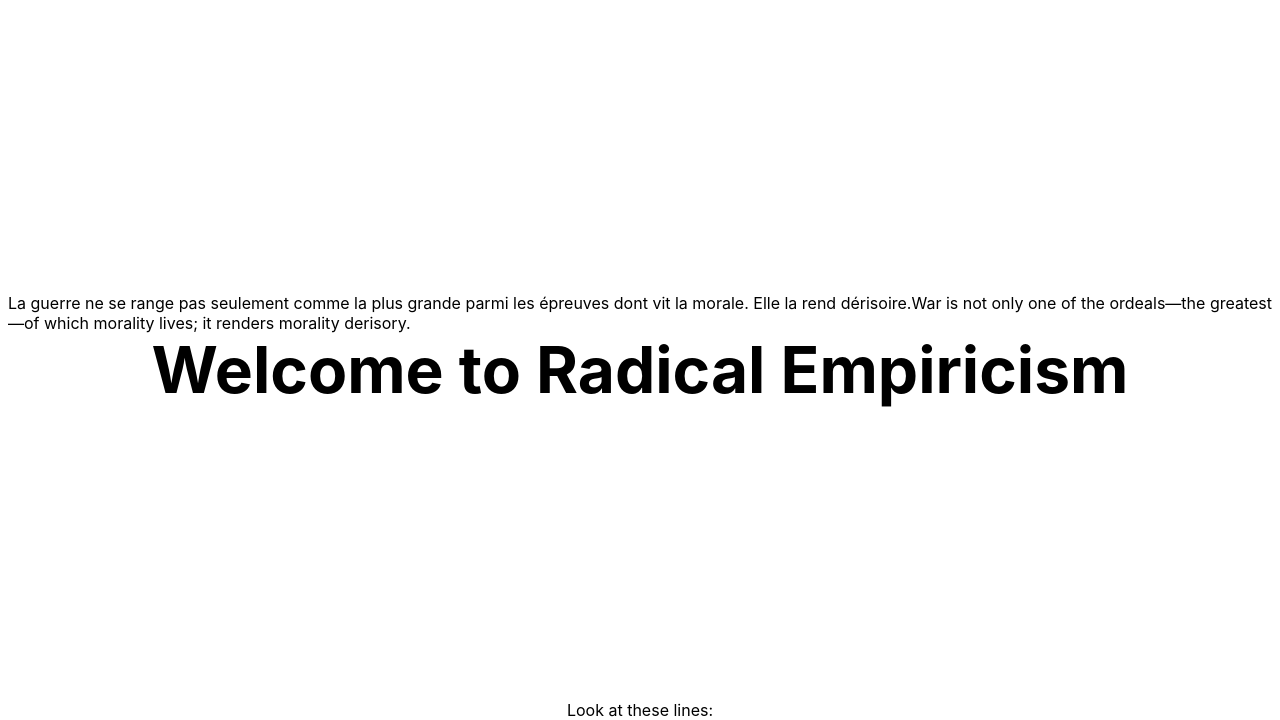
Repository: mcverter/EthicalPataphysicsOfAnarchism
Page: / (app in RadicalEmpiricism/src/nextjs/)
These files come from the project's save history. The page is drawn as it stood at one moment and after the next save; the edit follows.
The browser window is 1280 px wide. The pictures show the whole page.
The project was rebuilt for these pictures with package versions that can differ from the ones it lists, and the page was loaded fresh each time. The framework's server and built-in components were replaced by stand-ins that run in the browser.

Above is the page before, as saved 2022-01-08 17:43:58.

### RadicalEmpiricism/src/nextjs/pages/index.js
import React, { useEffect, useState } from "react";
import Head from "next/head";
import styles from "../styles/Home.module.css";
import axios from "axios";
import { tiFrench } from "../data/sentences/TIFrenchSentences";
import { tiEnglish } from "../data/sentences/TIEnglishSentences";

let ROOT_URL = "http://localhost:8080/src/data/sentences/";
let TIFrenchSentences, TIEnglishSentences;

export default function Home() {
  //useEffect(() => fetchSentences());
  const [frenchTISentences, setFrenchTISentences] = useState(
    tiFrench.split("\n")
  );
  const [englishTISentences, setEnglishTISentences] = useState(
    tiEnglish.split("\n")
  );
  console.log(tiFrench, frenchTISentences);
  console.log(tiEnglish, englishTISentences);

  const fetchSentences = () => {
    axios({
      headers: { "Access-Control-Allow-Origin": "*" },
      method: "get",
      url: `${ROOT_URL}TIFrenchSentences.txt`,
    })
      .then(function (response) {
        TIFrenchSentences = response.data.split("\n");
        setFrenchTISentences(TIFrenchSentences);
        debugger;
      })
      .catch((err) => console.error("err", err));
    axios({
      headers: { "Access-Control-Allow-Origin": "*" },
      method: "get",
      url: `${ROOT_URL}TIEnglishSentences.txt`,
    })
      .then(function (response) {
        TIEnglishSentences = response.data.split("\n");
        setEnglishTISentences(TIEnglishSentences);
        debugger;
      })
      .catch((err) => console.error("err", err));
  };

  return (
    <div className={styles.container}>
      <Head>
        <title>Hello Levinas Scholars</title>
      </Head>

      <main className={styles.main}>
        {frenchTISentences &&
          frenchTISentences.length > 0 &&
          englishTISentences &&
          englishTISentences.length > 0 && (
            <div>
              {frenchTISentences[5]}
              {englishTISentences[5]}
            </div>
          )}
        <h1 className={styles.title}>Welcome to Radical Empiricism</h1>
      </main>
      <div>Look at these lines:</div>
    </div>
  );
}

Loaded but not shown: RadicalEmpiricism/src/nextjs/pages/_app.js (common file); RadicalEmpiricism/src/nextjs/styles/globals.css (common file); RadicalEmpiricism/src/nextjs/styles/Home.module.css (common file); RadicalEmpiricism/src/nextjs/data/sentences/TIFrenchSentences.js (library); RadicalEmpiricism/src/nextjs/data/sentences/TIEnglishSentences.js (library)

After the next save:
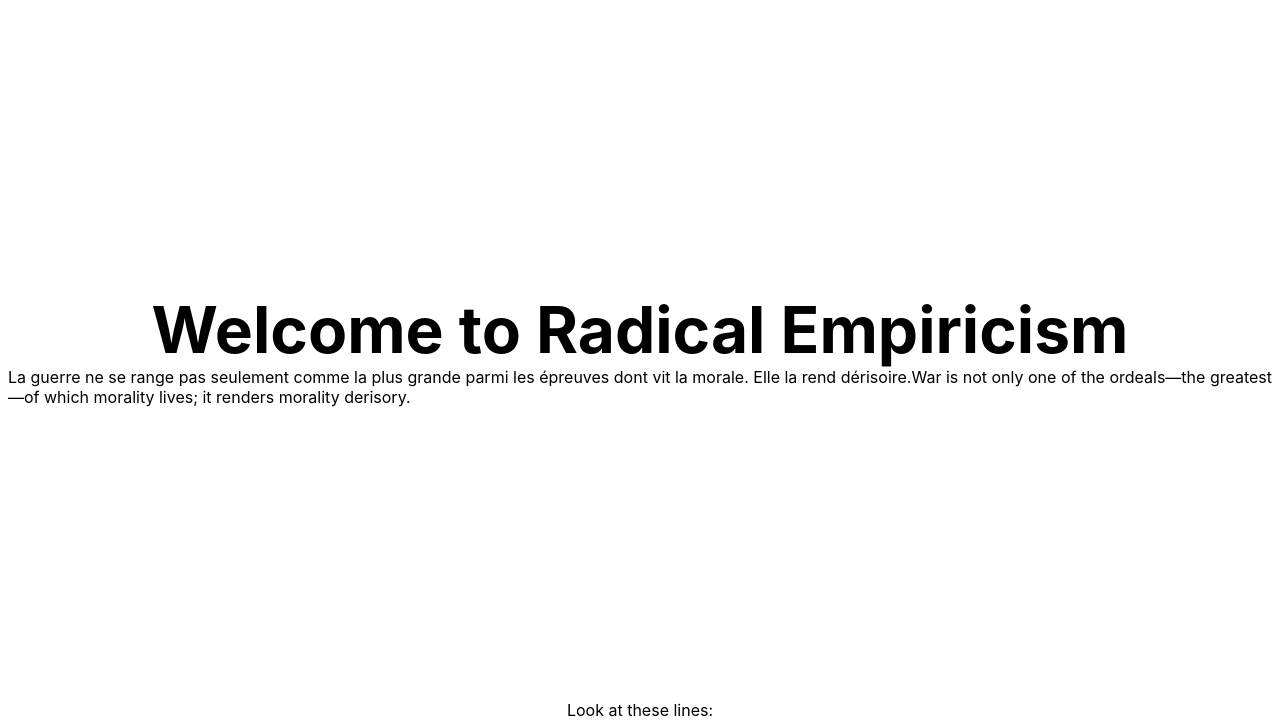
Saved 6 s later.
--- a/RadicalEmpiricism/src/nextjs/pages/index.js
+++ b/RadicalEmpiricism/src/nextjs/pages/index.js
@@ -51,6 +51,7 @@ export default function Home() {
       </Head>
 
       <main className={styles.main}>
+        <h1 className={styles.title}>Welcome to Radical Empiricism</h1>
         {frenchTISentences &&
           frenchTISentences.length > 0 &&
           englishTISentences &&
@@ -60,7 +61,6 @@ export default function Home() {
               {englishTISentences[5]}
             </div>
           )}
-        <h1 className={styles.title}>Welcome to Radical Empiricism</h1>
       </main>
       <div>Look at these lines:</div>
     </div>
